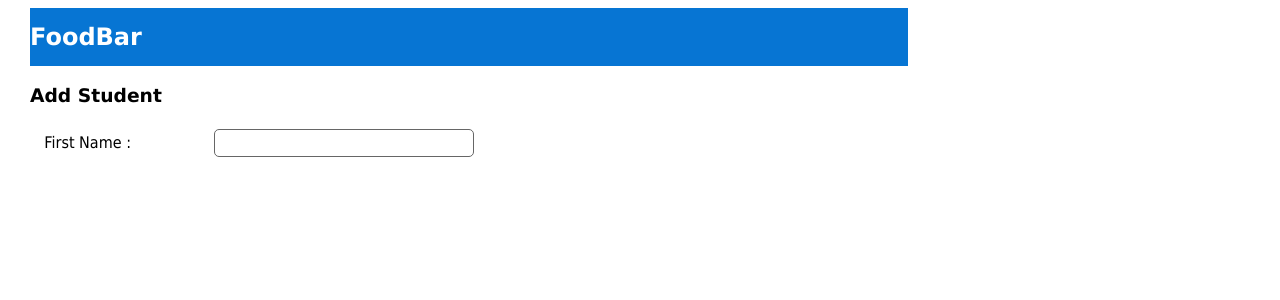
Repository: td2210z/java-jsp
Page: http://localhost/web-student-tracker/add-student-form.jsp
The author's editor kept a copy of each file at every save. The page is drawn from the files as they stood at one save, then again after the next save.
The browser window is 1280 px wide. The pictures show the whole page.
The page is served by Tomcat 9. Other server files are loaded and not shown.

Above is the page before, as saved 2024-12-05 15:06:20.

### src/web-student-tracker/WebContent/add-student-form.jsp
<!DOCTYPE html>


<html>
<head>
 <title>Add</title>
 <link type = "text/css" rel = "stylesheet" href = "css/style.css">
 <link type = "text/css" rel = "stylesheet" href = "css/add-student-style.css">

</head>
   <div id  = "wrapper">
       <div id = "header">
          <h2>FoodBar</h2>
       </div>


   </div>

   <div id = "container">
   <h3>Add Student</h3>
   <form action = "StudentControllerServlet" method = "GET">
   <input type = "hidden" name = "command" value = "ADD"/>
   <table>
   <tbody>
   <tr>
   <td><label>First Name : </label></td>
   <td><input type = "text" name = "first_name"/></td>
   </tr>
   </tbody>
   </table>

   </form>
   </div>

<body>
</body>
</html>

### src/web-student-tracker/WebContent/css/style.css
html, body{
	margin-left:15px; margin-right:15px;
	padding:0px;
	font-family:Verdana, Arial, Helvetica, sans-serif;
}

table {
	border-collapse:collapse;
	border-bottom:1px solid gray;
	font-family: Tahoma,Verdana,Segoe,sans-serif;
	width:72%;
}

th {
	border-bottom:1px solid gray;
	background:none repeat scroll 0 0 #0775d3;
	padding:10px;
	color: #FFFFFF;
}

tr {
	border-top:1px solid gray;
	text-align:center;
}

tr:nth-child(even) {background: #FFFFFF}
tr:nth-child(odd) {background: #BBBBBB}

#wrapper {width: 100%; margin-top: 0px; }
#header {width: 72%; background: #0775d3; margin-top: 0px; padding:15px 0px 15px 0px;}
#header h2 {width: 100%; margin:auto; color: #FFFFFF;}
#container {width: 100%; margin:auto}
#container h3 {color: #000;}
#container #content {margin-top: 20px;}

.add-student-button {
	border: 1px solid #666;
	border-radius: 5px;
	padding: 4px;
	font-size: 12px;
	font-weight: bold;
	width: 120px;
	padding: 5px 10px;

	margin-bottom: 15px;
	background: #cccccc;
}

Loaded but not shown: src/web-student-tracker/WebContent/css/add-student-style.css (common file)

After the next save:
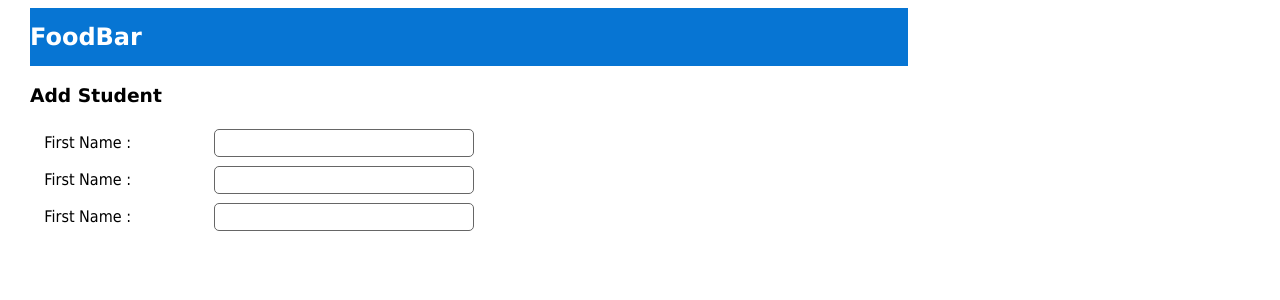
Saved 75 s later.
--- a/src/web-student-tracker/WebContent/add-student-form.jsp
+++ b/src/web-student-tracker/WebContent/add-student-form.jsp
@@ -26,6 +26,14 @@
    <td><label>First Name : </label></td>
    <td><input type = "text" name = "first_name"/></td>
    </tr>
+   <tr>
+   <td><label>First Name : </label></td>
+   <td><input type = "text" name = "first_name"/></td>
+   </tr>
+   <tr>
+   <td><label>First Name : </label></td>
+   <td><input type = "text" name = "first_name"/></td>
+   </tr>
    </tbody>
    </table>
 
